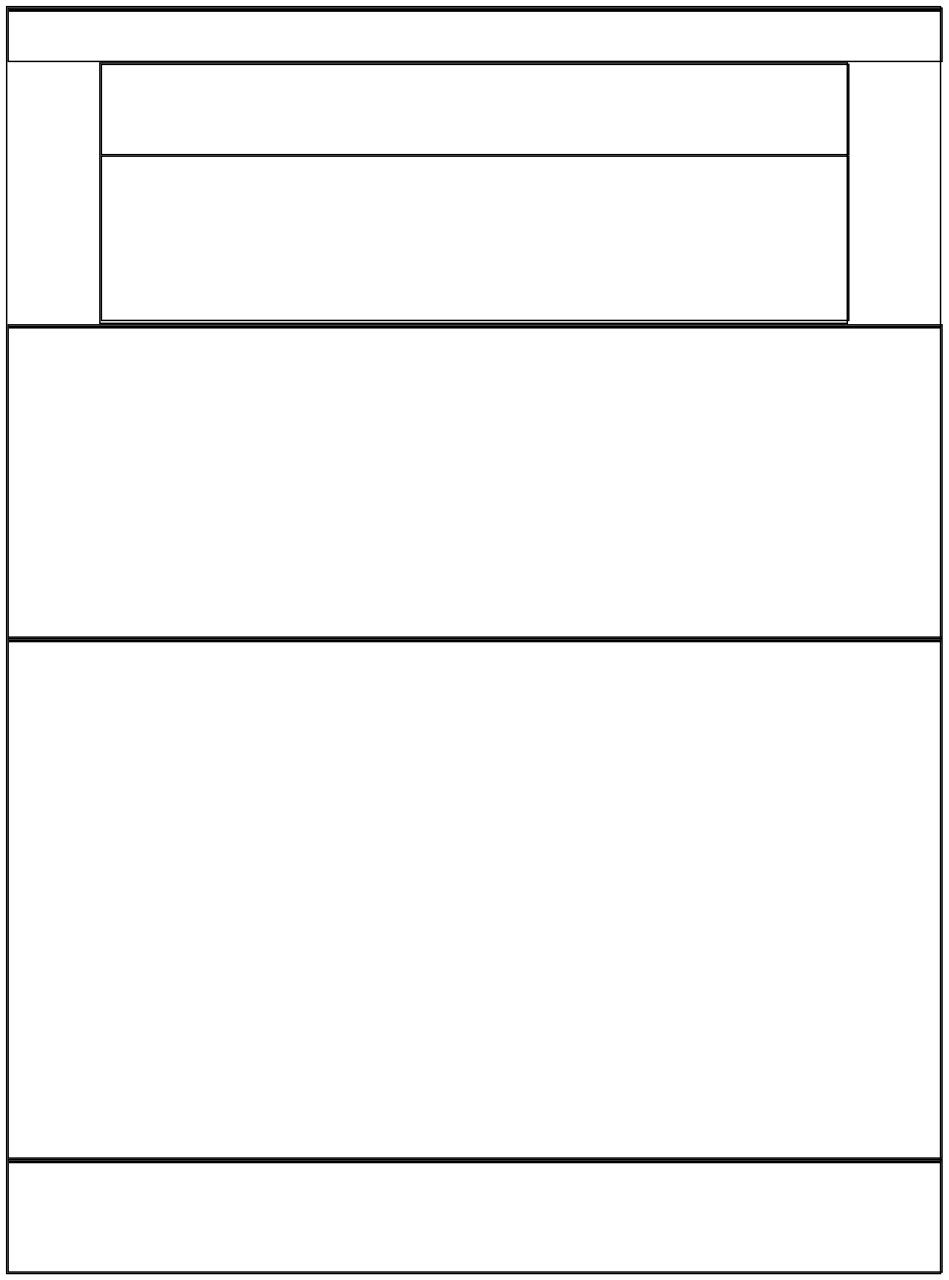
Repository: JHooniie/mini-Project
Page: http://localhost/Project-UIUX/index.jsp
These files come from the project's save history. The page is drawn as it stood at one moment and after the next save; the edit follows.
The browser window is 1280 px wide. The page is 1280 px wide, then 1282 px, so the pictures cover 1282 px, including what lies to the right of the window. The pictures show the whole page, at 74% of full size.
The page is served by Tomcat 9.

Above is the page before, as saved 2022-07-02 07:59:46.

### Project-UIUX/src/main/webapp/index.jsp
<%@ page language="java" contentType="text/html; charset=UTF-8"
    pageEncoding="UTF-8"%>
<% request.setCharacterEncoding("UTF-8");%>
<!DOCTYPE html>
<html>
	<head>
		<meta charset="UTF-8">
		<title>Insert title here</title>
		<link rel="stylesheet" type="text/css" href="css/common.css">
		<link rel="stylesheet" type="text/css" href="css/menu.css">
		<link rel="stylesheet" type="text/css" href="css/index.css">
	</head>
	<body>
	<div id="wrap">
	<header>
		<div id="top-headBox">
			<div>

			</div>
	 	</div>
	</header>
	 <nav>
		<div id="menuBox">
			<div id="mainMenu">

			</div>
			<div id="subMenu">

			</div>
	 	</div>
	 </nav>
	 <section>
	 	<article>
		<div id="slideBox">
			<div>

			</div>
	 	</div>
	 	</article>
	 	<article>
		<div id="feed">
			<div>

			</div>
	 	</div>
	 	</article>
	 </section>
	 <footer>
	 	<div id="ent-info">
			<div>

			</div>
	 	</div>
	 </footer>
	</div>
	</body>
</html>

### Project-UIUX/src/main/webapp/css/common.css
@charset "UTF-8";

*{
		}

wrap {
		position:relative;
		margin:0;
		}

### Project-UIUX/src/main/webapp/css/index.css
@charset "UTF-8";

div {
	border:solid black 2px;
}

ul {
	type:none;
}
/*******************탑 박스***********************/
#top-headBox{
	width:100%;
	height:70px;
	margin:0;
}
/********************메뉴박스***********************/
#menuBox{
	position:relative;
	width:80%;
	height:350px;
	margin:0 auto;
}

#mainMenu{
	position:relative;
	width:100%;
	height:120px;
	margin:0;
}

#subMenu{
	position:relative;
	width:100%;
	height:220px;
	margin:0;

}

/*******************섹션*************************/
#slideBox{
	position:relative;
	width:100%;
	height:420px;
	margin:0;
}

#feed{
	position:relative;
	width:100%;
	height:700px;
	margin:0;
}

/*****************footer************************/

#ent-info{
	position:relative;
	width:100%;
	height:150px;
	margin:0;
}

Loaded but not shown: Project-UIUX/src/main/webapp/css/menu.css (common file)

After the next save:
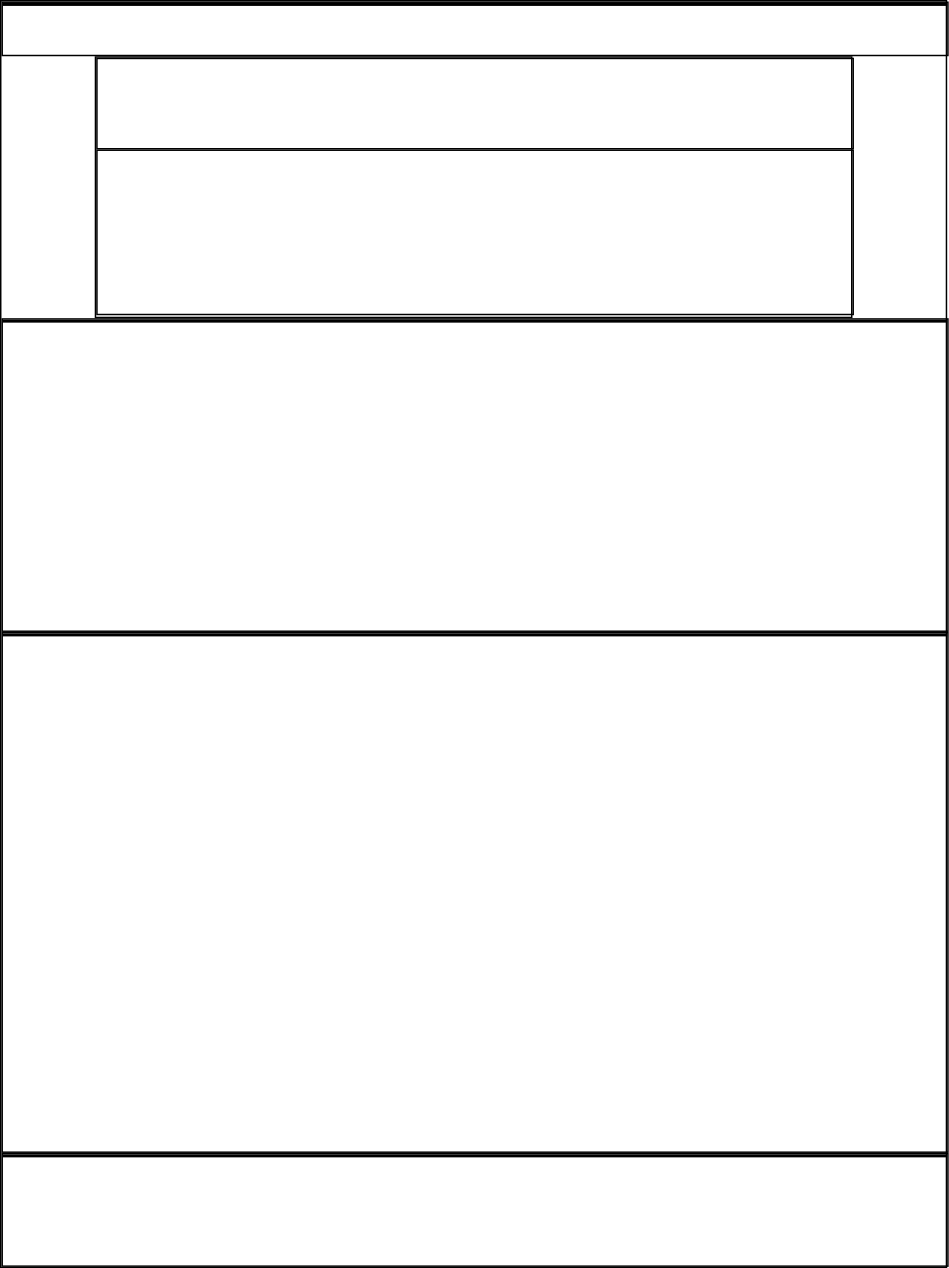
Saved 110 s later.
--- a/Project-UIUX/src/main/webapp/css/common.css
+++ b/Project-UIUX/src/main/webapp/css/common.css
@@ -1,6 +1,9 @@
 @charset "UTF-8";
 
 *{
+	margin:0;
+	padding:0;
+
 		}
 
 wrap {
